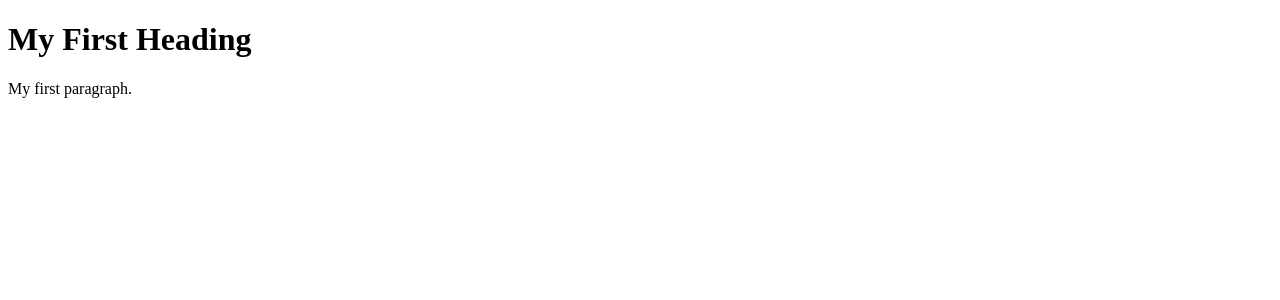
Repository: MasonSingleterry/MasonSingleterry.github.io
Page: index.html
The author's editor kept a record of every edit. The page is drawn from the files as they stood at one moment, then again after the next edit.
The browser window is 1280 px wide. The pictures show the whole page.

Above is the page before.

### index.html
<!DOCTYPE html>
<html>
    <head>
        <title>Page Title</title>
    </head>
    <body>

        <h1>My First Heading</h1>
        <p>My first paragraph.</p>

    </body>
</html>

After the next edit:
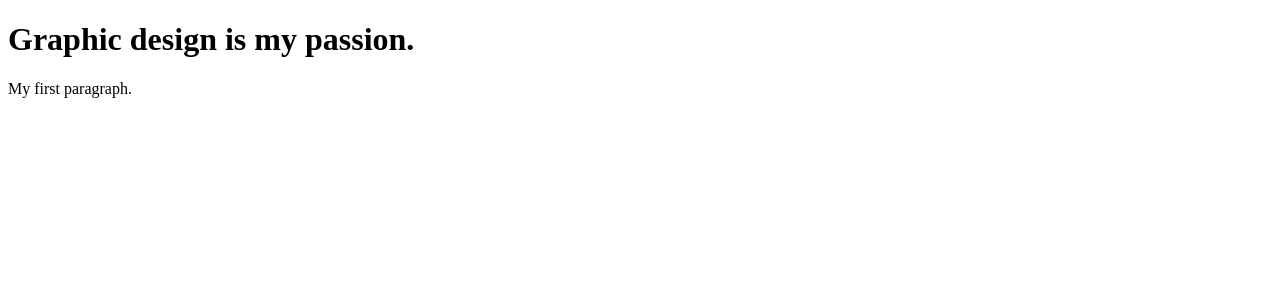
The edit:
--- a/index.html
+++ b/index.html
@@ -4,9 +4,7 @@
         <title>Page Title</title>
     </head>
     <body>
-
-        <h1>My First Heading</h1>
+        <h1>Graphic design is my passion.</h1>
         <p>My first paragraph.</p>
-
     </body>
 </html>
